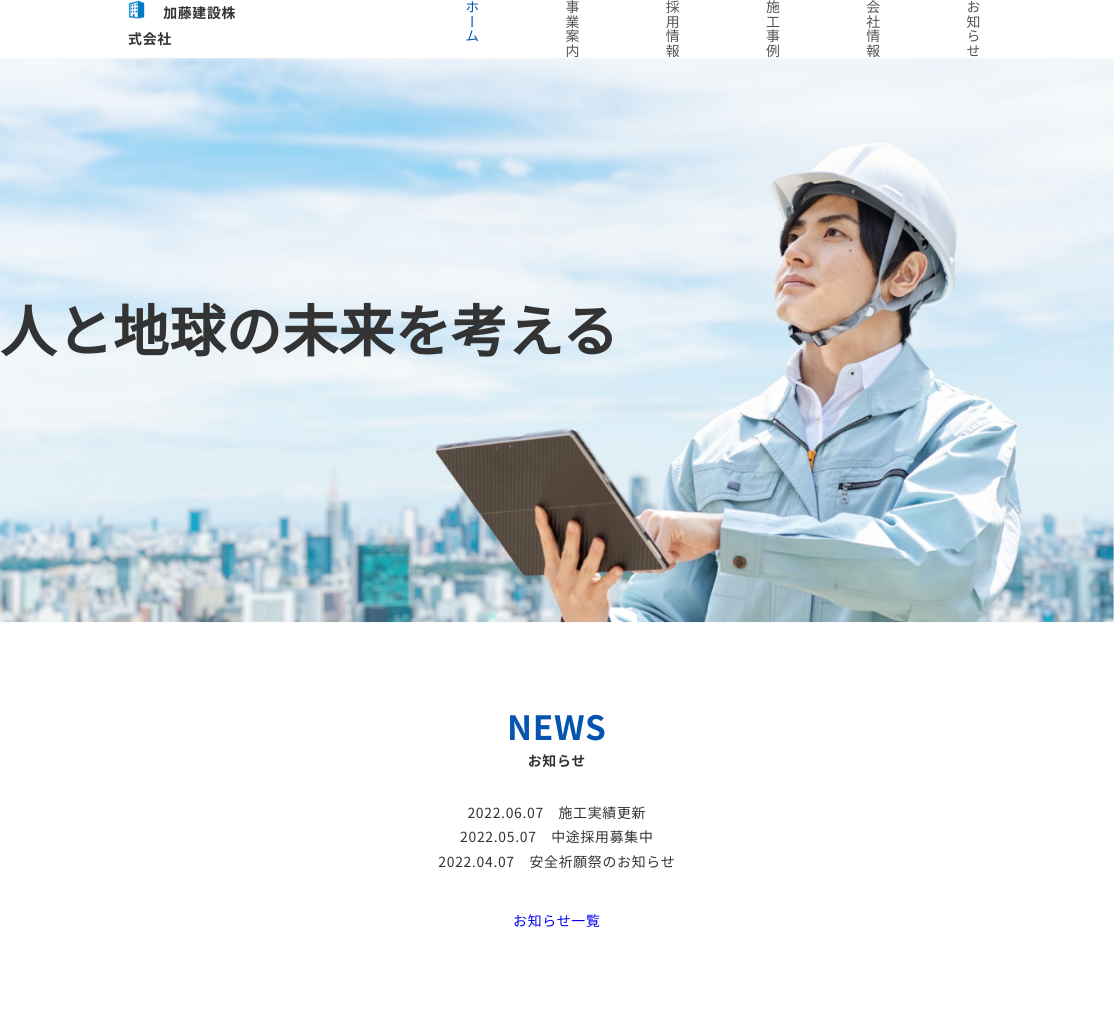
Repository: nozomi-23/hp1_test
Page: index.html
The author's editor kept a copy of each file at every save. The page is drawn from the files as they stood at one save, then again after the next save.
The browser window is 1280 px wide. The pictures show the whole page, at 87% of full size.

Above is the page before, as saved 2022-06-12 11:10:19.

After the next save:
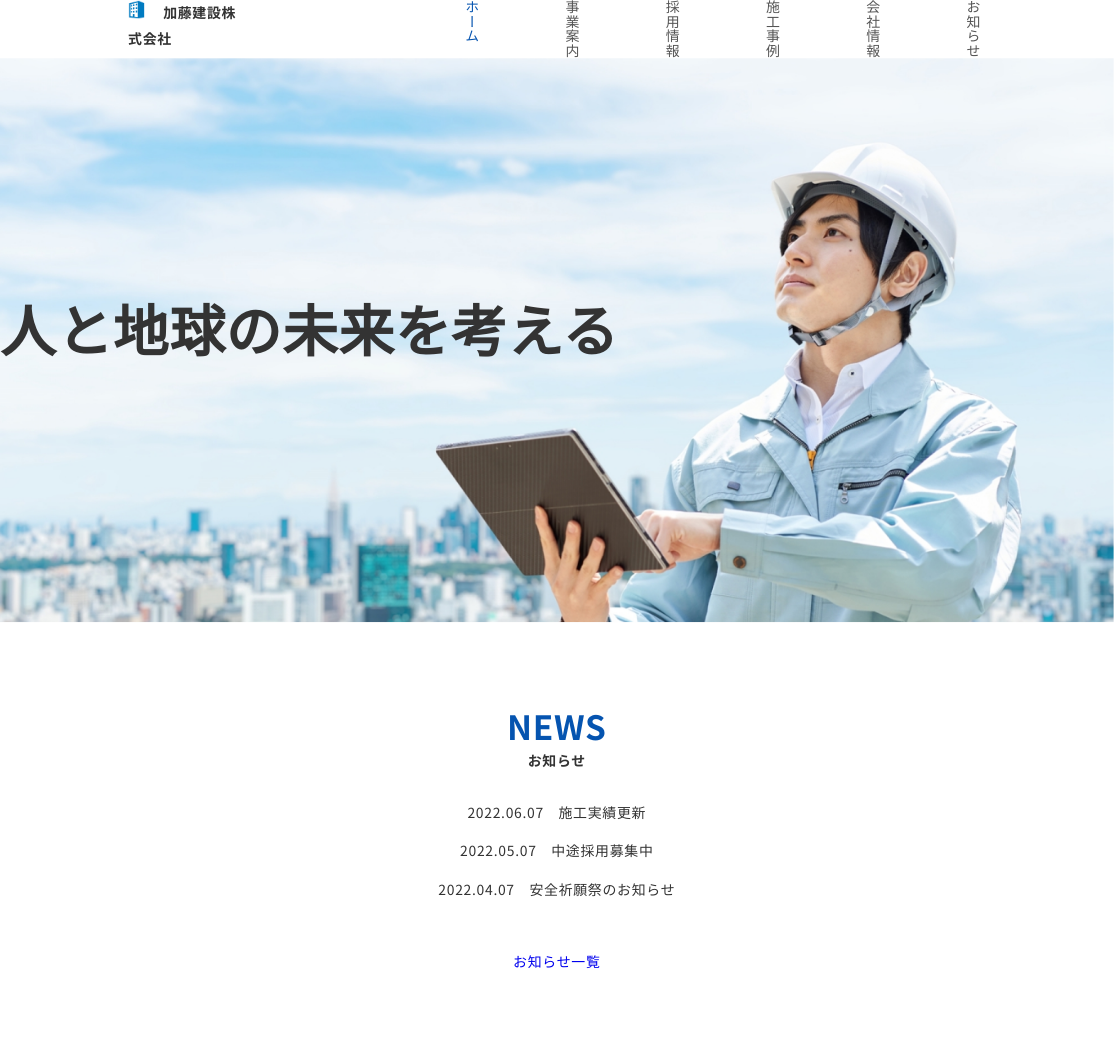
Saved 8 s later.
--- a/css/index.css
+++ b/css/index.css
@@ -68,6 +68,6 @@ news
   padding: 3%;
 
 }
-.news_list ul li {
+.news_list li {
   margin-bottom: 1rem;
 }
